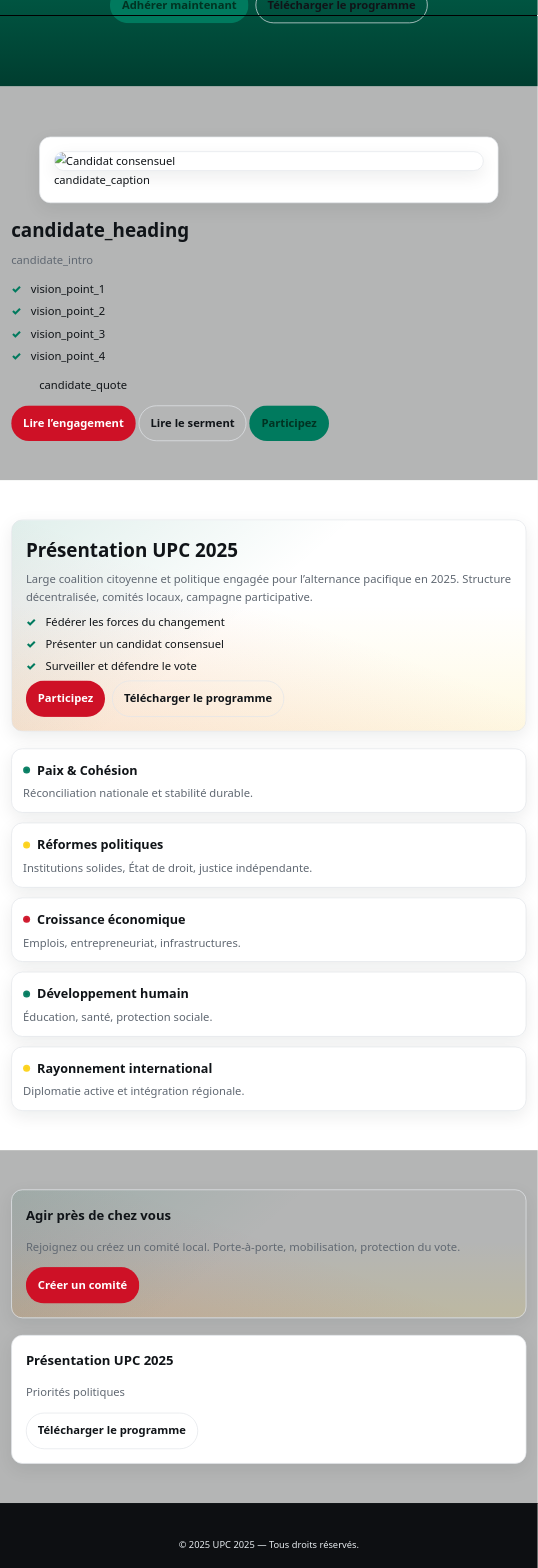
Repository: Kishny/upc2025
Page: index.html
The author's editor kept a copy of each file at every save. The page is drawn from the files as they stood at one save, then again after the next save.
The browser window is 768 px wide. The pictures show the part of the page from y = 343 to 2583 px (the page is 2675 px tall before and 2735 px after), at 70% of full size.

Above is the page before, as saved 2025-09-11 02:10:26.
Not found: assets/img/candidat.jpg

### index.html
<!DOCTYPE html>
<html lang="fr">
  <head>
    <meta charset="utf-8" />
    <meta name="viewport" content="width=device-width,initial-scale=1" />
    <title>UPC 2025 — Union Pour le Changement</title>
    <meta
      name="description"
      content="Coalition citoyenne pour l'alternance pacifique au Cameroun en 2025. Mobilisation, documents officiels, adhésion."
    />
    <link rel="preload" href="assets/css/styles.css" as="style" />
    <link rel="stylesheet" href="assets/css/styles.css" />
    <link rel="icon" href="assets/img/logo.png" />
    <meta property="og:title" content="UPC 2025 — Union Pour le Changement" />
    <meta
      property="og:description"
      content="Mobilisons-nous pour 2025 : adhérer, créer un comité, télécharger le programme."
    />
    <meta property="og:image" content="assets/img/hero-1.jpg" />
    <meta name="theme-color" content="#007A5E" />
  </head>
  <body>
    <!-- Topbar -->
    <div class="topbar">
      <div class="container">
        <span class="topbar__msg" data-i18n="topbar_msg"
          >Élection présidentielle — Octobre 2025</span
        >
        <div class="topbar__actions">
          <button
            id="langToggle"
            class="btn btn--ghost"
            aria-label="Toggle language"
          >
            FR / EN
          </button>
          <a class="btn btn--ghost" href="contact.html" data-i18n="contact"
            >Contact</a
          >
        </div>
      </div>
    </div>

    <!-- Header / Nav -->
    <header class="header">
      <div class="container header__inner">
        <a href="index.html" class="brand">
          <img src="assets/img/logo.png" alt="UPC 2025" class="brand__logo" />
          <span class="brand__title">UPC 2025</span>
        </a>

        <nav id="nav" class="nav" aria-label="Navigation principale">
          <a href="a-propos.html" data-i18n="nav_about">À propos</a>
          <a href="programme.html" data-i18n="nav_program">Programme</a>
          <a href="documents-officiels.html" data-i18n="nav_docs"
            >Documents officiels</a
          >
          <a href="campagne-populaire.html" data-i18n="nav_campaign"
            >Campagne populaire</a
          >
          <a href="participez.html" class="nav__cta" data-i18n="nav_join"
            >Participez</a
          >
          <a href="actualites-medias.html" data-i18n="nav_news_media"
            >Actualités / Médias</a
          >
        </nav>

        <button id="burger" class="burger" aria-label="Menu">
          <span></span><span></span><span></span>
        </button>
      </div>
    </header>

    <!-- Hero -->
    <section class="hero">
      <div class="hero__content container">
        <h1 class="hero__title" data-i18n="hero_title">
          Union Pour le Changement — 2025
        </h1>
        <p class="hero__subtitle" data-i18n="hero_subtitle">
          Mobiliser. Fédérer. Gagner.
        </p>
        <div class="hero__cta">
          <a
            href="participez.html#form-adhesion"
            class="btn btn--primary"
            data-i18n="cta_join"
          >
            Adhérer maintenant
          </a>
          <a
            href="documents-officiels.html"
            class="btn btn--outline"
            data-i18n="cta_program"
            >Télécharger le programme</a
          >
        </div>
      </div>
    </section>

    <!-- Candidat consensuel & vision -->
    <section class="section section--alt" id="candidat">
      <div class="container candidate">
        <!-- Colonne gauche : photo -->
        <figure class="candidate__photo card">
          <img src="assets/img/candidat.jpg" alt="Candidat consensuel" />
          <figcaption data-i18n="candidate_caption">
            Candidat consensuel — Union Pour le Changement
          </figcaption>
        </figure>

        <!-- Colonne droite : vision -->
        <article class="candidate__content">
          <h2 data-i18n="candidate_heading">
            Le candidat consensuel & sa vision
          </h2>

          <p class="candidate__intro" data-i18n="candidate_intro">
            Porté par une coalition large et citoyenne, le candidat consensuel
            incarne une transition pacifique, la refondation des institutions et
            l’unité nationale.
          </p>

          <ul class="checklist">
            <li data-i18n="vision_point_1">
              Restaurer la confiance démocratique et la justice indépendante.
            </li>
            <li data-i18n="vision_point_2">
              Protéger le vote, garantir la transparence et l’alternance
              pacifique.
            </li>
            <li data-i18n="vision_point_3">
              Relancer l’économie par l’emploi, l’entrepreneuriat et les
              infrastructures.
            </li>
            <li data-i18n="vision_point_4">
              Investir dans l’éducation, la santé et la cohésion sociale.
            </li>
          </ul>

          <blockquote class="candidate__quote" data-i18n="candidate_quote">
            « Notre victoire sera celle du peuple : une démocratie solide, une
            économie qui crée des opportunités et un État au service de tous. »
          </blockquote>

          <div class="candidate__cta">
            <a
              href="docs/Engagement_du_Candidat_Consensuel.pdf"
              class="btn btn--secondary"
              data-i18n="candidate_read_commitment"
            >
              Lire l’engagement
            </a>
            <a
              href="docs/UPC_2025_Oath_of_the_Consensual_Candidate.pdf"
              class="btn btn--outline"
              data-i18n="candidate_read_oath"
            >
              Lire le serment
            </a>
            <a
              href="participez.html"
              class="btn btn--primary"
              data-i18n="nav_join"
            >
              Participez
            </a>
          </div>
        </article>
      </div>
    </section>

    <!-- Programme / Axes en 2 colonnes -->
    <section class="section" id="programme">
      <div class="container">
        <div class="program__grid">
          <!-- Colonne gauche : présentation UPC 2025 -->
          <article class="card gradient-cm">
            <h2 data-i18n="doc_program">UPC 2025 — Programme Commun</h2>
            <p data-i18n="about_text">
              Large coalition citoyenne et politique engagée pour l’alternance
              pacifique en 2025.
            </p>

            <ul class="checklist">
              <li data-i18n="about_point_1">
                Fédérer les forces du changement
              </li>
              <li data-i18n="about_point_2">
                Présenter un candidat consensuel
              </li>
              <li data-i18n="about_point_3">Surveiller et défendre le vote</li>
            </ul>

            <div class="hero__cta" style="justify-content: flex-start">
              <a
                href="participez.html"
                class="btn btn--secondary"
                data-i18n="nav_join"
                >Participez</a
              >
              <a
                href="documents-officiels.html"
                class="btn btn--outline"
                data-i18n="cta_program"
                >Télécharger le programme</a
              >
            </div>
          </article>

          <!-- Colonne droite : 5 axes -->
          <div class="axis-list">
            <article class="axis-item">
              <h3>
                <span class="axis-dot axis--green"></span>
                <span data-i18n="axis_1_title">Paix & Cohésion</span>
              </h3>
              <p data-i18n="axis_1_text">
                Réconciliation nationale et stabilité durable.
              </p>
            </article>

            <article class="axis-item">
              <h3>
                <span class="axis-dot axis--yellow"></span>
                <span data-i18n="axis_2_title">Réformes politiques</span>
              </h3>
              <p data-i18n="axis_2_text">
                Institutions solides, État de droit, justice indépendante.
              </p>
            </article>

            <article class="axis-item">
              <h3>
                <span class="axis-dot axis--red"></span>
                <span data-i18n="axis_3_title">Croissance économique</span>
              </h3>
              <p data-i18n="axis_3_text">
                Emplois, entrepreneuriat, infrastructures.
              </p>
            </article>

            <article class="axis-item">
              <h3>
                <span class="axis-dot axis--green"></span>
                <span data-i18n="axis_4_title">Développement humain</span>
              </h3>
              <p data-i18n="axis_4_text">
                Éducation, santé, protection sociale.
              </p>
            </article>

            <article class="axis-item">
              <h3>
                <span class="axis-dot axis--yellow"></span>
                <span data-i18n="axis_5_title">Rayonnement international</span>
              </h3>
              <p data-i18n="axis_5_text">
                Diplomatie active et intégration régionale.
              </p>
            </article>
          </div>
        </div>
      </div>
    </section>

    <!-- Bande CTA -->
    <section class="section section--alt">
      <div class="container grid-2">
        <div class="card gradient-cm">
          <h3 data-i18n="call_action">Agir près de chez vous</h3>
          <p data-i18n="call_action_text">
            Rejoignez ou créez un comité local.
          </p>
          <a
            href="participez.html#comite"
            class="btn btn--secondary"
            data-i18n="cta_create_committee"
            >Créer un comité</a
          >
        </div>
        <div class="card">
          <h3 data-i18n="doc_program">Programme Commun</h3>
          <p data-i18n="pillar_1">Priorités politiques</p>
          <a
            href="documents-officiels.html"
            class="btn btn--outline"
            data-i18n="cta_program"
            >Télécharger</a
          >
        </div>
      </div>
    </section>

    <!-- Footer -->
    <footer class="footer footer--solid">
      <div class="container footer__inner">
        <small
          >© <span id="year"></span> UPC 2025 —
          <span data-i18n="rights">Tous droits réservés.</span></small
        >
        <nav class="footer__nav">
          <a href="documents-officiels.html" data-i18n="footer_docs"
            >Documents</a
          >
          <a href="#" data-i18n="footer_legal">Mentions légales</a>
          <a href="#" data-i18n="footer_privacy">Confidentialité</a>
        </nav>
      </div>
    </footer>

    <script src="assets/js/app.js" defer></script>
  </body>
</html>

### assets/css/styles.css
/* =========
   PALETTE & TOKENS (LIGHT)
   ========= */
:root {
  /* Cameroun */
  --cm-green: #007a5e;
  --cm-red: #ce1126;
  --cm-yellow: #fcd116;

  /* Thème clair */
  --bg: #f7f7f4; /* blanc cassé */
  --surface: #ffffff; /* carte / section claire */
  --surface-2: #b4b5b5; /* alternance de section */
  --text: #101418; /* texte principal */
  --muted: #606872; /* texte secondaire */
  --border: #e3e6ea; /* traits & inputs */
  --radius: 16px;
  --shadow: 0 8px 24px rgba(16, 20, 24, 0.08);
}

/* =========
   RESET & LAYOUT
   ========= */
* {
  box-sizing: border-box;
}
html,
body {
  height: 100%;
}
body {
  margin: 0;
  font-family: system-ui, -apple-system, Segoe UI, Roboto, Inter, Arial,
    sans-serif;
  color: var(--text);
  background: var(--bg);
  line-height: 1.6;
  padding: 0;
}
h1,
h2,
h3,
p {
  margin-top: 0;
}
img {
  max-width: 100%;
  display: block;
}
a {
  color: inherit;
  text-decoration: none;
}

.container {
  max-width: 1120px;
  margin-inline: auto;
  padding: 0 16px;
}
.grid-2 {
  display: grid;
  gap: 24px;
  grid-template-columns: 1.1fr 0.9fr;
}
@media (max-width: 900px) {
  .grid-2 {
    grid-template-columns: 1fr;
  }
}

/* =========
   TOPBAR & BOUTONS
   ========= */
.topbar {
  background: linear-gradient(
    90deg,
    var(--cm-green),
    var(--cm-yellow),
    var(--cm-red)
  );
  color: #0b0e0c;
}
.topbar .container {
  display: flex;
  align-items: center;
  justify-content: space-between;
  padding: 6px 16px;
}
.topbar__actions {
  display: flex;
  gap: 8px;
}

.btn {
  display: inline-flex;
  align-items: center;
  justify-content: center;
  gap: 0.5rem;
  padding: 0.75rem 1rem;
  border-radius: 999px;
  border: 1px solid transparent;
  cursor: pointer;
  font-weight: 700;
  transition: 0.2s;
}
.btn--primary {
  background: var(--cm-green);
  color: #032;
  border-color: transparent;
}
.btn--primary:hover {
  filter: brightness(1.05);
}
.btn--secondary {
  background: var(--cm-red);
  color: #fff;
}
.btn--secondary:hover {
  filter: brightness(1.05);
}
.btn--outline {
  background: transparent;
  color: var(--text);
  border-color: var(--border);
}
.btn--outline:hover {
  border-color: var(--cm-yellow);
  color: var(--cm-yellow);
}
.btn--ghost {
  background: transparent;
  color: #111;
  border: 1px solid rgba(0, 0, 0, 0.12);
}

/* =========
   HEADER (logo + à gauche, nav + à droite, plein écran)
   ========= */
.header {
  position: sticky;
  top: 0;
  z-index: 100;
  background: rgba(255, 255, 255, 0.92);
  backdrop-filter: saturate(140%) blur(10px);
  border-bottom: 1px solid var(--border);
}

/* ⚠️ On neutralise le max-width de .container dans le header uniquement */
.header > .container {
  max-width: none; /* plein écran */
  width: 100%;
  padding-inline: clamp(8px, 2vw, 24px); /* bordure fine gauche/droite */
}

.header__inner {
  display: grid;
  grid-template-columns: auto 1fr auto; /* brand | espace | burger (ou rien) */
  align-items: center;
  column-gap: 20px;
  padding: 10px 0;
}

/* Brand : collé à gauche, ne rétrécit pas */
.brand {
  display: flex;
  align-items: center;
  gap: 10px;
  justify-self: start; /* colle à gauche */
  flex-shrink: 0;
}
.brand__logo {
  height: clamp(60px, 8vw, 84px);
  width: auto;
  border-radius: 8px;
  box-shadow: var(--shadow);
}
.brand__title {
  font-weight: 800;
  letter-spacing: 0.5px;
  white-space: nowrap;
}

/* Nav : poussée complètement à droite */
.nav {
  display: flex;
  align-items: center;
  gap: 18px;
  justify-self: end; /* colle à droite */
  margin-left: auto; /* pousse depuis la brand */
  flex-wrap: nowrap;
  min-width: 0;
}
.nav a {
  padding: 8px 12px;
  border-radius: 999px;
  white-space: nowrap;
  word-break: keep-all;
}
.nav a:hover,
.nav a.active {
  background: var(--surface-2);
}

.nav__cta {
  background: var(--cm-yellow);
  color: #111;
  font-weight: 800;
}
.nav__cta:hover {
  filter: brightness(1.05);
}

/* Burger */
.burger {
  display: none;
  background: transparent;
  border: 0;
  padding: 8px;
  justify-self: end; /* aligne le burger à droite quand visible */
}
.burger span {
  display: block;
  width: 26px;
  height: 2px;
  background: #111;
  margin: 6px 0;
  transition: 0.2s;
}

/* Confort : si ça serre un peu avant le breakpoint, autorise un léger scroll */
@media (min-width: 901px) {
  .nav {
    overflow-x: auto;
  }
  .nav::-webkit-scrollbar {
    display: none;
  }
}

/* Mobile */
@media (max-width: 900px) {
  .nav {
    position: fixed;
    inset: 64px 0 auto 0;
    transform: translateY(-120%);
    background: rgba(255, 255, 255, 0.98);
    border-bottom: 1px solid var(--border);
    padding: 20px;
    flex-direction: column;
    gap: 12px;
  }
  .nav.open {
    transform: translateY(0);
  }
  .burger {
    display: block;
  }
}

/* =========
   HERO (compact, centré, lisible)
   ========= */
.hero {
  position: relative;
  min-height: clamp(200px, 40vh, 480px); /* réduit la hauteur */
  display: flex;
  flex-direction: column;
  justify-content: center; /* centre verticalement */
  align-items: center; /* centre horizontalement */
  text-align: center;
  gap: 12px; /* espace plus serré entre les blocs */
  padding: 16px 12px; /* marges internes plus petites */
  margin-top: 0;
  background: linear-gradient(180deg, #007a5e, #003d2f);
  color: #f4f6f8;
}

@media (min-width: 1200px) {
  .hero {
    min-height: clamp(280px, 45vh, 520px); /* compact aussi sur desktop */
  }
}

.hero h1,
.hero h2,
.hero p {
  margin-top: 0;
  margin-bottom: 6px; /* espace minimal sous chaque texte */
}

.hero__title {
  font-size: clamp(24px, 4vw, 42px); /* taille de titre réduite */
  font-weight: 900;
}

.hero__subtitle {
  font-size: clamp(14px, 2vw, 18px);
  color: rgba(255, 255, 255, 0.82);
}

.hero__cta {
  display: flex;
  justify-content: center;
  align-items: center;
  gap: 10px;
  flex-wrap: wrap;
  margin-top: 8px; /* moins d’espace avant les boutons */
}

/* =========
   SECTIONS PROGRAMME(sur fond clair)
   ========= */
.section {
  padding: 56px 0;
  background: var(--surface);
}
.section--alt {
  background: var(--surface-2);
}
.section h2 {
  margin: 0 0 10px;
  font-size: clamp(22px, 3.5vw, 32px);
  color: var(--text);
}
.section p {
  color: var(--muted);
}

/* Cartes */
.card {
  background: #fff;
  border: 1px solid var(--border);
  border-radius: var(--radius);
  padding: 20px;
  box-shadow: var(--shadow);
}
.gradient-cm {
  background: linear-gradient(140deg, rgba(0, 122, 94, 0.12), transparent 45%),
    linear-gradient(20deg, rgba(206, 17, 38, 0.1), transparent 55%),
    linear-gradient(0deg, rgba(252, 209, 22, 0.12), transparent 60%);
}
/* Programme : grille 2 colonnes (présentation | axes) */
.program__grid {
  display: grid;
  grid-template-columns: 1.05fr 0.95fr;
  gap: 24px;
  align-items: start;
}
@media (max-width: 900px) {
  .program__grid {
    grid-template-columns: 1fr;
  }
}

/* Liste des axes */
.axis-list {
  display: grid;
  gap: 14px;
}
.axis-item {
  background: var(--surface);
  border: 1px solid var(--border);
  border-radius: var(--radius);
  padding: 16px 16px 14px;
  box-shadow: var(--shadow);
  transition: transform 0.2s ease, box-shadow 0.2s ease, border-color 0.2s ease;
}
.axis-item:hover {
  transform: translateY(-2px);
  border-color: rgba(255, 255, 255, 0.18);
  box-shadow: 0 12px 24px rgba(0, 0, 0, 0.25);
}
.axis-item h3 {
  display: flex;
  align-items: center;
  gap: 10px;
  margin: 0 0 6px;
  font-size: clamp(16px, 2.4vw, 18px);
}
.axis-item p {
  margin: 0;
  color: var(--muted);
}

/* Pastilles couleur 🇨🇲 */
.axis-dot {
  width: 10px;
  height: 10px;
  border-radius: 50%;
  display: inline-block;
  box-shadow: 0 0 0 3px rgba(255, 255, 255, 0.06) inset;
}
.axis--green {
  background: var(--cm-green);
}
.axis--red {
  background: var(--cm-red);
}
.axis--yellow {
  background: var(--cm-yellow);
}

/* Harmonise la carte de gauche au même rythme visuel */
#programme .card h2 {
  margin: 0 0 8px;
}
#programme .card p {
  margin: 0 0 8px;
}
#programme .checklist {
  margin-top: 10px;
}

/* Listes */
.checklist {
  list-style: none;
  padding: 0;
  margin: 12px 0 0;
}
.checklist li {
  padding-left: 28px;
  position: relative;
  margin: 6px 0;
  color: var(--text);
}
.checklist li::before {
  content: "✓";
  position: absolute;
  left: 0;
  top: 0;
  color: var(--cm-green);
  font-weight: 900;
}

/* Grilles */
.cards {
  display: grid;
  gap: 16px;
  grid-template-columns: repeat(3, 1fr);
}
@media (max-width: 900px) {
  .cards {
    grid-template-columns: 1fr;
  }
}
.card.doc:hover {
  border-color: var(--cm-yellow);
}
.card.news h3 {
  margin: 0 0 6px;
}

/* Candidat */
.candidate__photo img {
  border-radius: var(--radius);
  border: 1px solid var(--border);
  box-shadow: var(--shadow);
}

/* =========
   GALERIE
   ========= */
.gallery {
  display: grid;
  grid-template-columns: repeat(auto-fit, minmax(280px, 1fr));
  gap: 12px;
  justify-items: center;
}
.gallery img {
  width: 100%;
  max-width: 340px;
  border-radius: 12px;
  border: 1px solid var(--border);
  box-shadow: 0 6px 18px rgba(16, 20, 24, 0.1);
  object-fit: cover;
  transition: transform 0.3s ease, box-shadow 0.3s ease;
  cursor: default;
}
.gallery img:hover {
  transform: scale(1.05) translateY(-5px);
  box-shadow: 0 12px 28px rgba(16, 20, 24, 0.18);
}

/* =========
   FORMULAIRES (clair)
   ========= */
form label {
  display: grid;
  gap: 6px;
  margin: 10px 0;
}
input,
select,
textarea {
  background: #fff;
  border: 1px solid var(--border);
  color: var(--text);
  border-radius: 12px;
  padding: 12px;
  outline: none;
}
input:focus,
select:focus,
textarea:focus {
  border-color: var(--cm-green);
  box-shadow: 0 0 0 3px rgba(0, 122, 94, 0.12);
}
.form__small {
  color: var(--muted);
  font-size: 0.92rem;
  margin-top: 8px;
}
.form__alert {
  margin-top: 10px;
  padding: 10px;
  border-radius: 10px;
  border: 1px solid var(--border);
  background: #fff;
  color: var(--text);
}

/* =========
   FOOTER (noir conservé)
   ========= */
.footer--solid {
  background: #0d0f12;
  border-top: 1px solid #14171c;
  color: #e8edf1;
}
.footer__wrap,
.footer__inner {
  padding: 48px 16px;
  display: flex;
  flex-direction: column;
  align-items: center;
  gap: 18px;
  text-align: center;
}
.footer__logo {
  width: 76px;
  height: auto;
  opacity: 0.95;
  filter: drop-shadow(0 8px 22px rgba(0, 0, 0, 0.35));
}
.footer__title {
  display: flex;
  align-items: center;
  gap: 16px;
  letter-spacing: 0.08em;
  font-weight: 800;
  color: #f2f5f8;
  margin: 6px 0 4px;
}
.footer__line {
  display: inline-block;
  width: 160px;
  height: 1px;
  background: linear-gradient(
    90deg,
    transparent,
    rgba(255, 255, 255, 0.18),
    transparent
  );
}
@media (max-width: 600px) {
  .footer__line {
    width: 90px;
  }
}
.footer__socials {
  display: flex;
  gap: 14px;
  list-style: none;
  padding: 0;
  margin: 6px 0 8px;
}
.sbtn {
  --ring: rgba(255, 255, 255, 0.08);
  display: grid;
  place-items: center;
  width: 40px;
  height: 40px;
  border-radius: 999px;
  background: rgba(255, 255, 255, 0.06);
  color: #e9eef2;
  border: 1px solid rgba(255, 255, 255, 0.1);
  box-shadow: 0 6px 18px rgba(0, 0, 0, 0.35), inset 0 0 0 1px var(--ring);
  transition: transform 0.2s ease, box-shadow 0.2s ease, background 0.2s ease;
}
.sbtn:hover {
  transform: translateY(-3px);
  box-shadow: 0 12px 28px rgba(0, 0, 0, 0.5), 0 0 0 3px rgba(0, 122, 94, 0.25),
    0 0 24px rgba(252, 209, 22, 0.25), 0 0 12px rgba(206, 17, 38, 0.2);
}
.footer__nav {
  display: flex;
  gap: 28px;
  flex-wrap: wrap;
  justify-content: center;
  margin: 6px 0;
}
.footer__nav a {
  color: #cfd6dc;
  font-weight: 800;
  text-transform: uppercase;
  letter-spacing: 0.06em;
  padding: 6px 10px;
  border-radius: 8px;
  transition: color 0.2s ease, background 0.2s ease;
}
.footer__nav a:hover {
  color: #fff;
  background: rgba(255, 255, 255, 0.06);
}
.footer__copy {
  color: #aeb3b8;
  margin-top: 6px;
  display: block;
}

Loaded but not shown: assets/js/app.js (350 lines, source omitted)

After the next save:
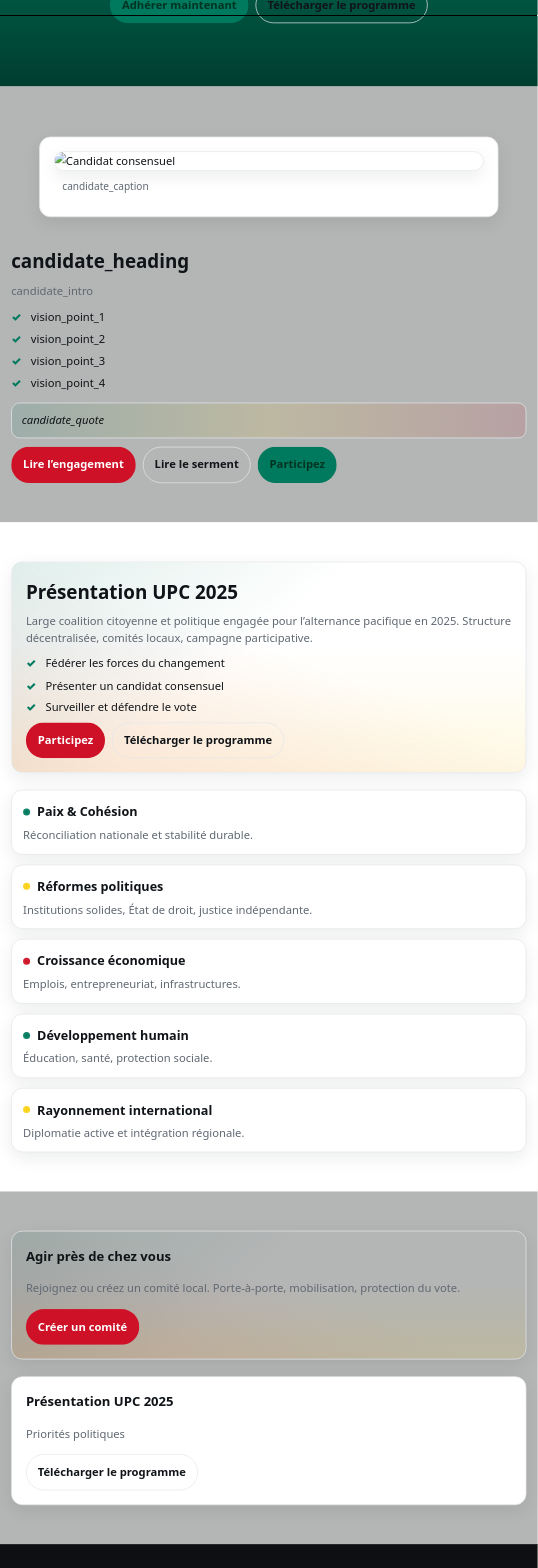
Saved 35 s later.
--- a/assets/css/styles.css
+++ b/assets/css/styles.css
@@ -308,6 +308,71 @@ a {
 }
 
 /* =========
+   CANDIDATE (2 colonnes, visuel + vision)
+   ========= */
+.candidate {
+  display: grid;
+  grid-template-columns: 0.9fr 1.1fr;
+  gap: 24px;
+  align-items: center;
+}
+
+.candidate__photo {
+  overflow: hidden;
+  padding: 0;
+}
+.candidate__photo img {
+  width: 100%;
+  height: auto;
+  display: block;
+  border-radius: var(--radius);
+  border: 1px solid var(--border);
+  box-shadow: var(--shadow);
+}
+.candidate__photo figcaption {
+  font-size: 0.9rem;
+  color: var(--muted);
+  padding: 10px 12px 12px;
+}
+
+.candidate__content h2 {
+  margin: 0 0 10px;
+  font-size: clamp(22px, 3.2vw, 32px);
+}
+.candidate__intro {
+  margin: 0 0 10px;
+  color: var(--muted);
+}
+
+.candidate__quote {
+  margin: 14px 0 12px;
+  padding: 12px 14px;
+  border-radius: 12px;
+  border: 1px solid var(--border);
+  background: linear-gradient(
+    90deg,
+    rgba(0, 122, 94, 0.12),
+    rgba(252, 209, 22, 0.12),
+    rgba(206, 17, 38, 0.12)
+  );
+  font-style: italic;
+}
+
+.candidate__cta {
+  margin-top: 10px;
+  display: flex;
+  flex-wrap: wrap;
+  gap: 10px;
+}
+
+/* Responsive */
+@media (max-width: 900px) {
+  .candidate {
+    grid-template-columns: 1fr;
+  }
+}
+
+/* =========
    SECTIONS PROGRAMME(sur fond clair)
    ========= */
 .section {
